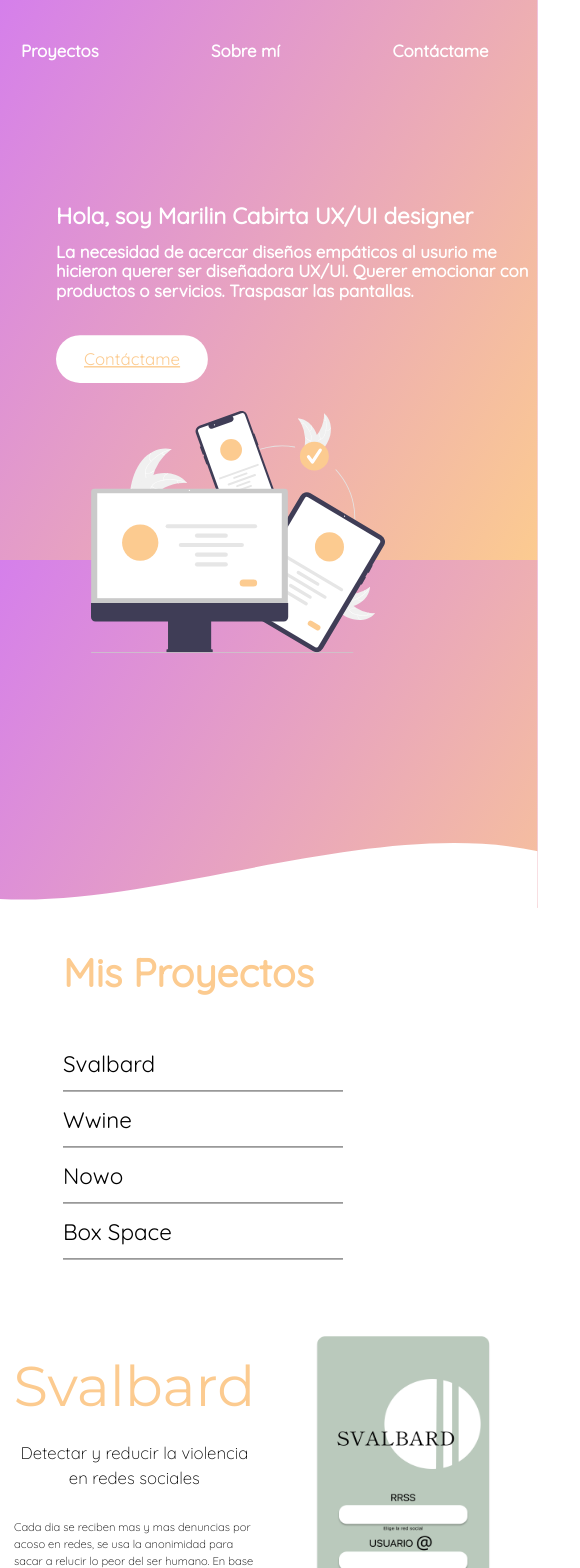
Repository: Marilyncabirta/portfolioHTML
Page: index.html
The author's editor kept a copy of each file at every save. The page is drawn from the files as they stood at one save, then again after the next save.
The browser window is 768 px wide. The page is 818 px wide, then 828 px, so the pictures cover 828 px, including what lies to the right of the window. The pictures show the part of the page from y = 0 to 2240 px (the page is 4850 px tall before and 4890 px after), at 70% of full size.
Backgrounds fixed to the window are drawn as part of the page. Some web libraries are served in a nearby version.

Above is the page before, as saved 2022-12-16 13:07:36.

### index.html
<!DOCTYPE html>
<html lang="es">
<head>
    <meta charset="UTF-8">
    <meta name="viewport" content="width=device-width, initial-scale=1.0">
    <title>Portafolio AlexCG</title>
    <link rel="stylesheet" href="css/normalize.css">
    <link rel="stylesheet" href="css/estilos.css">
    <link rel="preconnect" href="https://fonts.googleapis.com">
<link rel="preconnect" href="https://fonts.gstatic.com" crossorigin>
<link href="https://fonts.googleapis.com/css2?family=Montserrat:wght@100;400;700&family=Quicksand:wght@300;400&display=swap" rel="stylesheet">
</head>


<body>

    <header class="hero">
        <div class="contenedor">
            <nav class="nav">
                <a href="" class="nav__items nav__items--cta">Proyectos</a>
                <a href="" class="nav__items">Sobre mí</a>
                <a href="" class="nav__items">Contáctame</a>
            </nav>

            <section class="hero__contenedor">
                <div class="hero__texts">
                    <h1 class="hero__title">Hola, soy Marilin Cabirta UX/UI designer</h1>
                    <h2 class="hero_subtitle">La necesidad de acercar diseños empáticos al usurio me hicieron querer ser diseñadora UX/UI. Querer emocionar con productos o servicios. Traspasar las pantallas.</h2>
                    <a href="" class="hero_cta">Contáctame</a>
                </div>
                <div class="contenedor_ilustraciones">
                    <img class="hero_image" src="assets/hero1.svg" alt="marilincabirta">
                </div>
            </section>
        </div>
        <div>
            <div class="hero_wave" style= "overflow:hidden;" ><svg viewBox="0 0 500 150" preserveAspectRatio="none" style="height: 100%; width: 100%;"><path d="M-0.56,130.76 C150.00,150.00 349.20,-49.99 503.38,30.10 L500.00,150.00 L0.00,150.00 Z" style="stroke: none; fill: #fff;"></path></svg></div>
        </div>
    </header>

    <main >
        <section class="presentacion__container">
            <h2 class="subtitle--h2">Mis Proyectos</h2>
            <div class="lista">
                <ul>
                    <li><a class="nombres" href="#">Svalbard<a></li>
                        <div class="linea"></div>
                    <li><a class="nombres" href="#">Wwine</a></li>
                        <div class="linea"></div>
                    <li><a class="nombres" href="#">Nowo</a></li>
                        <div class="linea"></div>
                    <li><a class="nombres" href="#">Box Space</a></li>
                        <div class="linea"></div>

                </ul>
            </div>
        </section>

        <section class="about__container">
            <div class="about__texts">
                <h2 class="subtitle">Svalbard</h2>
                <p class="about__paragraph">Detectar y reducir la violencia en redes sociales</p>
                <p class="about__content">Cada dia se reciben mas y mas denuncias por acoso en redes, se usa la anonimidad para sacar a relucir lo peor del ser humano. En base a esto creamos SVALBARD. Desarrollada para conocer quien esta detrás de mensajes toxicos, fotos de perfil amigables, y cual es el historial de nuestros seguidores. Conoce más!</p>
                <a class="about__button" href="">Conoce más</a>
            </div>
            <div class="about__img">
                <img class="about__picture" src="assets/LOG IN.png"   alt="">
            </div>
        </section>

        <section class="about__container">
            <div class="about__img">
                <img src="assets/wwine mockup.jpg" class="about__picture"alt="">
            </div>
            <div class="about__texts">
                <h2 class="subtitle">Wwine</h2>
                <p class="about__paragraph">¿Quién no ha deseado alguna vez poder saber más de un vino antes de comprarlo?</p>
                <p class="about__content">Le damos forma a los deseos de todos los consumidores de vino y desarrollamos este dispositivo para poder conocer las propiedades olfativas de un vino antes de comprarlo. No nos crees? Te contamos más!</p>
                <a class="about__button" href="">Conoce más</a>
            </div>

        </section>

        <section class="about__container">
            <div class="about__texts">
                <h2 class="subtitle">Nowo</h2>
                <p class="about__paragraph">Mejoramos tu forma de viajar</p>
                <p class="about__content">Millones de personas se desplazan todos los días por ocio o por trabajo y su principal carga son las maletas. Venimos a revolucionar el concepto de viajar. Nosotros nos ocupamos de las maletas, ofreciéndote los packs más completos para que nada te falte!</p>
                <a class="about__button" href="">Conoce más</a>
            </div>
            <div class="about__img">
                <img src="assets/Nowo by rebellion 1.jpg" class="about__picture" alt="">
            </div>
        </section>

        <section class="about__container">
            <div class="about__img">
                <img src="assets/mock uo.jpg" class="about__picture" alt="">
            </div>
            <div class="about__texts">
                <h2 class="subtitle">Box Space</h2>
                <p class="about__paragraph">Como conseguimos que haya más usuarios en los parques urbanos?</p>
                <p class="about__content">Esta App fue creada para mejorar la asistencia a los parques urbanos. En un mundo con prisas, acercamos la tecnología y la era digital a aquellos entornos naturales que nos encanta disfrutar, pero que todavía no nos permiten desarrollar todas nuestras facetas diarias cómodamente.Descúbrela!</p>
                <a class="about__button" href="">Conoce más</a>
            </div>

        </section>

    </main>

    <footer class="footer">
        <div container class="container footer__grid">
            <nav class="nav nav--footer">
                <a class="nav_items nav__items--footer" href="">Inicio </a>
                <a class="nav_items nav__items--footer" href="">Sobre mí</a>
                <a class="nav_items nav__items--footer" href="">Proyectos</a>
            </nav>

            <section class="footer__contact">
                <h3 class="footer__title"> Contáctame</h3>
                <div class="footer__icons">
                    <span class="footer__container-icons">
                        <a href="#" class="fab fa-medium footer__icon"></a>
                    </span>
                    <span class="footer__container-icons">
                        <a href="#" class="fab fa-linkedin footer__icon"></a>
                    </span>
                    <span class="footer__container-icons">
                        <a href="#" class="fab fa-mailchimp footer__icon"></a>
                    </span>

                </div>
            </section>



        </div>
    </footer>







    <script src="https://kit.fontawesome.com/b4fd9d412c.js" crossorigin="anonymous"></script>
</body>
</html>

### css/estilos.css

@import url('https://fonts.googleapis.com/css2?family=Montserrat:wght@100;400;700&family=Quicksand:wght@300;400&display=swap');


:root{
    --background:linear-gradient(120deg,#d57feb   0%,#fccb90 100%);
    --color-secondary:#fccb90;
    --color-primary: white;
    --boton-padding: 20px 40px;
}
body{

    font-family: 'Montserrat', sans-serif;
    font-family: 'Quicksand', sans-serif;
}

.hero{
    width: 100%;

    background-image: var(--background);
    background-repeat: no-repeat;
    background-attachment: fixed;
    position: relative;
}

.contenedor{
  padding: 20px 0;

}
.hero__contenedor{
    width: 100%;
    display: grid;
    grid-template-columns: 1fr 1fr ;
    height: 100%;
    justify-content: space-evenly;
    align-items: center;
    padding-bottom: 50px;
    margin: 50px;

}


.contenedor_ilustraciones{
    width: 800px;
    height: auto;
    text-align: center;
    justify-content: center;
}

.hero__texts{
    width: 50%;
    height: inherit;
    color: white;
    margin-top: 20px;
    margin: 0 60px;
}
.hero_image{
    width: 70%
}

.hero_wave{
    position: absolute;
    bottom: 0;
    left: 0;
    height: 100px;
    width: 100%;
}

.nav{
    display: flex;
    justify-content: flex-end;
    height: 80px;
    align-items: right;
    font-weight: 700;
    margin-top: 30px;

}

.nav--footer{
    font-weight: 300;
    justify-content: flex-start;
}

.nav__items{
    color: white;
    text-decoration: none;
    font-size: 32px;
    padding: 20px 15px;
    margin-right: 40px;
    font-weight: inherit;
}

.nav__items--cta{
    border: 2px solid white;
    border-radius: 40px;
}

.nav__items:hover{
    text-decoration: underline;
}
.nav__items--footer{
    padding: 10px;
}



.hero_cta{
    display: inline-block;
    font-size: 24px;
    background-color: var(--color-primary);
    color: #fccb90;
    padding: 20px 40px;
    margin-top: 30px;
    border-radius: 40px;
    text-align: center;
    justify-content: center;
}

.hero__texts{
    width: 90%;
    margin: 40px;
}

.hero__title{
    font-size: 60px;
    margin-top: 80px;

}

.hero__subtitle{
    font-size: 2rem;
    font-weight: 400;
    margin: 20px 0;
}

/* presentacion proyectos */



.presentacion__container{
    width: 60%;
    height: auto;
    padding-top: 0;
    text-align: center;
    text-decoration: none;
    margin-left: 50px;
}

.subtitle{
    font-size: 56px;
    color:var(--color-secondary);
    padding-bottom: 10px;
    font-weight: 700;
    text-align: center;
    margin: 40px;
}
.subtitle--h2{
    font-size: 56px;
    color:var(--color-secondary);
    padding-bottom: 10px;
    font-weight: 700;
    text-align: center;
    margin: 60px 40px;
    text-align: left;
}

.presentacion__container li{
    font-size: 32px;
    margin-top: 10px;
    padding: 10px 0;
    text-decoration: none;
}

.lista li{
 text-decoration: none;
 list-style: none;
 text-align: left;

}

.lista a{
    text-decoration: none;
    color: black;

}

.lista li:hover{
    font-size: 3.5rem;
    transition: 1s;
}

.lista div{
    border-top: 1px solid black;
    height: 2px;
    max-width: 400px;
    padding: 0;
    margin: 10px 0 auto 0;

}

.about__container{
    width: 70%;
    min-height: 800px;
    max-width: 1300px;
    height: auto;
    display: grid;
    grid-template-columns: 1fr 1fr ;
    margin: 60px auto;
    background-color: var(--color-primary);
    align-items: center;

}

.about__texts{

    justify-content: center;
    text-align: left;
    margin: 20px ;

}
.about__img{
     justify-content: center;
    text-align: center;
    margin: 20px;

}

.subtitle{
    font-size: 80px;
    font-family: "Montserrat";
    font-weight: 400;
    margin: 10px auto;

}



.about__picture{
    width: 250px;
    height: 500px;
    max-height: 800px;
}

.about__paragraph{
    margin: 20px;
    line-height: 1.5;
    font-weight: 300;
    font-size: 24px;
}

.about__content{
    font-size: 16px;
    margin: 40px 20px;
    text-align: left;
    line-height: 1.5;
    font-weight: 300;
}

.about__button{
    margin: 60px 20px;
    padding: 10px 10px;
    background-color:var(--color-secondary);
    color: white;
    border-radius: 20px;
    text-align: center;
    text-decoration: none;
}

/* footer */

.footer{
    background:var(--background);
    padding-bottom: 40px;



}

.footer__grid{
    display: grid;
    grid-template-columns: 3fr 2fr;
    gap: 20px;
    align-items: center;
    margin: 40px;
}

.nav_items{
    text-decoration: none;
    color: white;
    font-size: 20px;
    margin:0 0 0 10px;
}

.footer__title{
    font-weight: 400;
    color: white;
    font-size:2rem ;
    margin-bottom: 20px;
    text-align: center;
}

.footer__icons{
    display: flex;
    justify-content: space-evenly;
    font-size: 32px;
}

.footer__container-icons{
    display: inline-block;
    width: 60px;
    height: 60px;
    color: white;
    text-align: center;
    border: 1px solid white;
    border-radius: 50%;

}

.footer__icon{
    color: white;
    text-decoration: none;
    font-size: 30px;

}

.fab.footer__icon{
line-height: 60px;
text-decoration: underline;
}


/* responsive design */

@media screen and (max-width:800px){
        :root{
            --botton-padding:18px 40px;
        }

        .nav{
            justify-content:space-between
        }
        .nav__items--cta{
            border: none;
        }

        .nav__items{
            color: white;
            text-decoration: none;
            font-size: 24px;
            padding: 10px 30px;
            font-weight: inherit;
        }

        .nav__items--footer{
            border: none;
        }

        .hero__contenedor{
            width: 100%;
            height: auto;
            display: grid;
            grid-template-columns: 1fr ;
            height: auto;
            justify-content: center;
            align-items: center;
            padding-bottom: 50px;
            margin: 40px;

        }

        .hero__title{
            font-size: 2rem;
            margin-bottom: 20px;
        }

        .contenedor_ilustraciones{
            width: 600px;
            height: 600px
        }

        .about__container{
            width: 100%;
            min-height: 600px;
        }
        .about__texts{
            width: 100%;
            justify-content: center;
            text-align: center;
            margin: 60px 0px;

        }

        .hero_image{
            width: 70%;
        }

        .presentacion__container{
            width: 100%;
        }

         .about__img{
            width: auto;
            text-align: center;
        }
    .footer{
        width: 100%;
    }
}




@media screen and (max-width:500px){

    :root{
        --botton-padding:15px 20px;
    }

    .hero{
        width: 100%;
        height: auto;
        position: relative;
    }
    .hero__contenedor{
        width: 100%;
        display: grid;
        grid-template-columns: 1fr;
        height: 100%;
        justify-content: center;
        align-items: center;
        padding-bottom: 80px;

    }
    .nav{
        flex-wrap: nowrap;
        justify-content: space-evenly;
        margin-top: 10px;

    }
    .nav__items--cta{
        border: none;
    }

    .nav__items{
        color: white;
        text-decoration: none;
        font-size: 20px;
        padding: 10px 20px;
        margin-right: 20px;

    }

    .nav__items--footer{
        border: none;
    }


    .hero__texts{
        margin-bottom: 50px;
        text-align: center;
    }
    .hero__title{
        font-size: 2rem;
        margin-bottom: 20px;
    }

    .hero__subtitle{
        font-size: 2rem;
        margin-bottom: 20px;
    }


    /* about */

    .subtitle{
        font-size: 2.5rem;
    }
    .about__paragraph{
        margin: 10px 10px;
        line-height: 1.5;
        font-weight: 300;
        font-size: 16px;
        text-align: left;
    }

    .about__content{
        font-size: 16px;
        margin: 10px 10px 40px 10px ;
        text-align: left;
        line-height: 1.5;
        font-weight: 300;
    }

    .nombres{
        font-size: 24px;
    }

    .about__container{
        width: 80%;
        min-height: 600px;
        height: auto;
        display: grid;
        margin: 20px auto;
        background-color: var(--color-primary);
        align-items: center;
     }

     .about__picture{
        width: 140px;
        height: 300px;
        max-height: 800px;

    }
     .contenedor_ilustraciones{
        width: 100%;
        height: auto;
        text-align: center;
        justify-content: center;
    }

    .about__texts:nth-child(2), :nth-child(4){
        grid-row: 1/2;
     }

     /* Footer */
     }

Loaded but not shown: css/normalize.css (library)

After the next save:
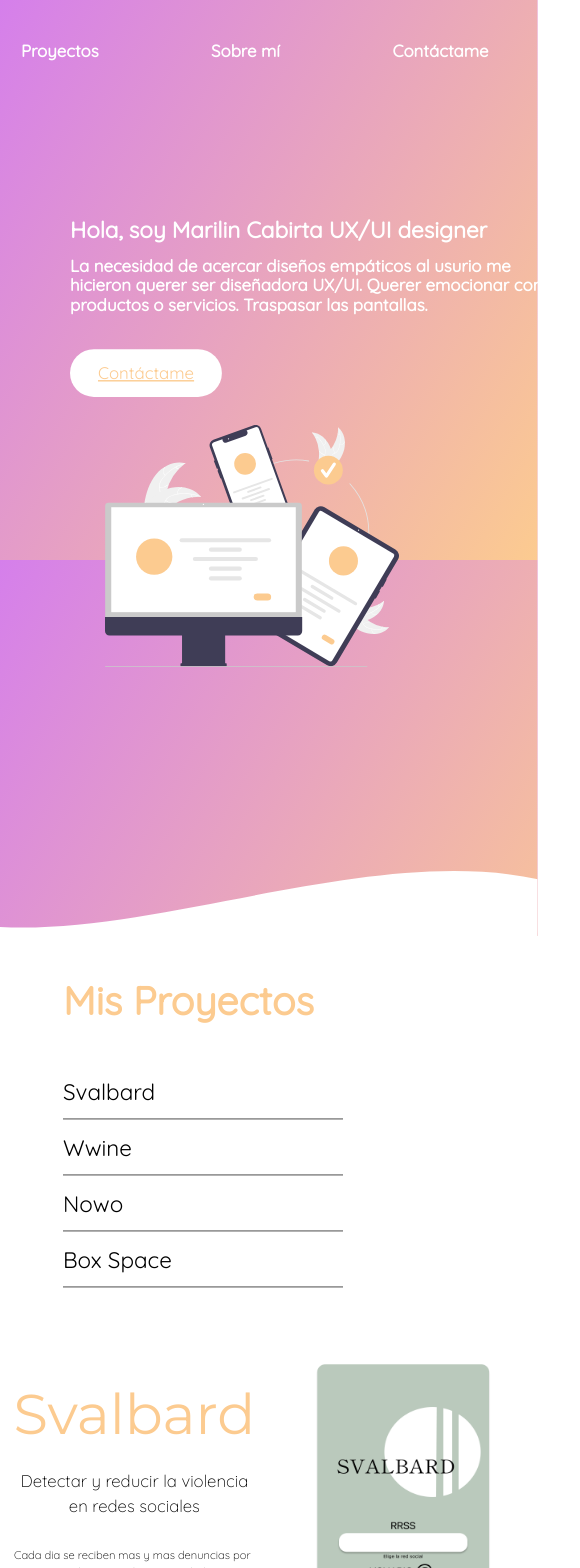
Saved 67 s later.
--- a/css/estilos.css
+++ b/css/estilos.css
@@ -16,7 +16,6 @@ body{
 
 .hero{
     width: 100%;
-
     background-image: var(--background);
     background-repeat: no-repeat;
     background-attachment: fixed;
@@ -356,15 +355,13 @@ text-decoration: underline;
         }
 
         .hero__contenedor{
-            width: 100%;
-            height: auto;
             display: grid;
             grid-template-columns: 1fr ;
             height: auto;
             justify-content: center;
             align-items: center;
             padding-bottom: 50px;
-            margin: 40px;
+            margin: 60px;
 
         }
 
